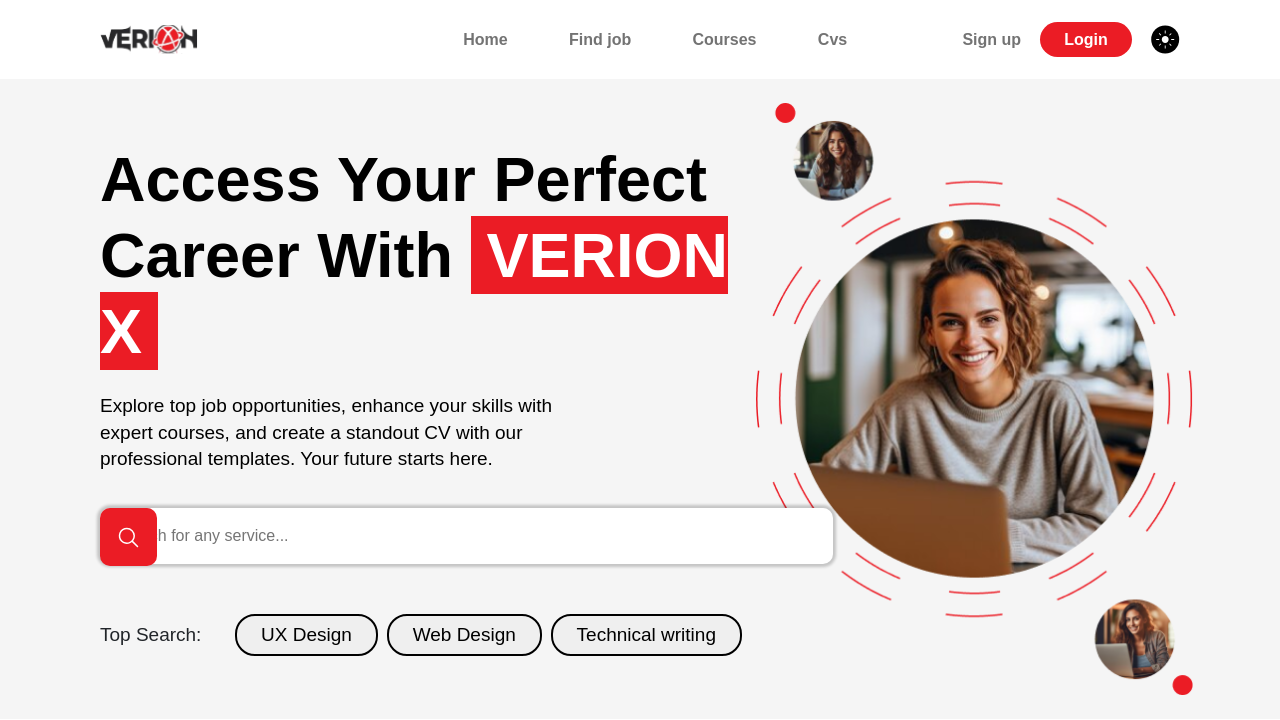
Repository: SahMenz/verionX
Page: /
An editor plug-in stored every save of this project. The page is shown before and after the next save, followed by the edit.
The browser window is 1280 px wide. The pictures show the whole page.
The project was rebuilt for these pictures with package versions that can differ from the ones it lists, and the page was loaded fresh each time. Also part of the build but not shown: vite.config.js.

Above is the page before, as saved 2024-06-14 15:58:29.

After the next save:
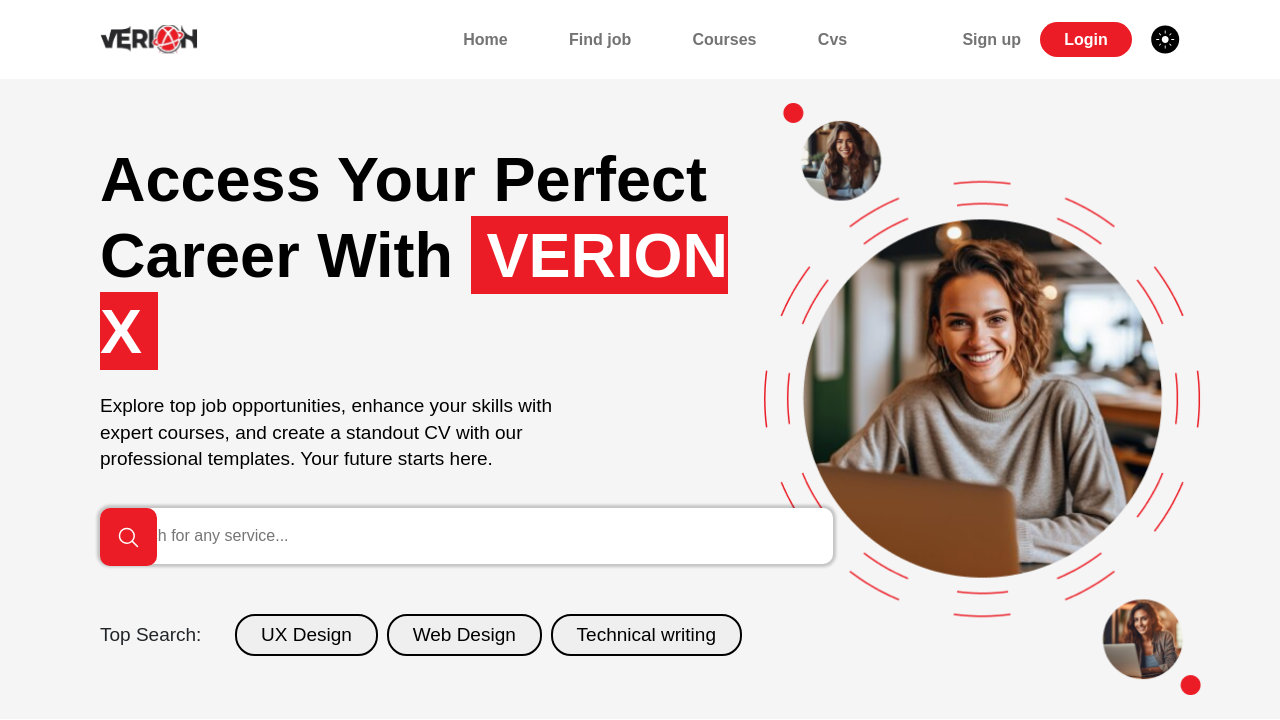
Saved 12 s later.
--- a/src/components/home/hero/hero.jsx
+++ b/src/components/home/hero/hero.jsx
@@ -4,7 +4,7 @@ import CustomSvg from '../../customSvg/customSvg';
 function Hero() {
   return (
     <div className='d-flex align-items-center justify-content-between py-4 bg-f5' style={{padding: "0px 100px",}}>
-        <div style={{width: "50vw", maxWidth:"800px"}} className='me-3'>
+        <div style={{width: "50vw", maxWidth:"800px"}} className='me-4'>
             <div className='txt-63 lh-75 txt-ff fw-600 txt-00' style={{width: "50vw", maxWidth:"733px"}}>Access Your Perfect Career With <span className='bg-eb fw-600 txt-ff py-1 px-3'>VERION X</span></div>
             <div className='txt-00 lh-26 txt-19' style={{width:"39vw", maxWidth:"630px", padding:" 24px 0px 36px 0px"}}>
                 Explore top job opportunities, enhance your skills with expert courses, and create a standout CV with our professional templates. Your future starts here.
